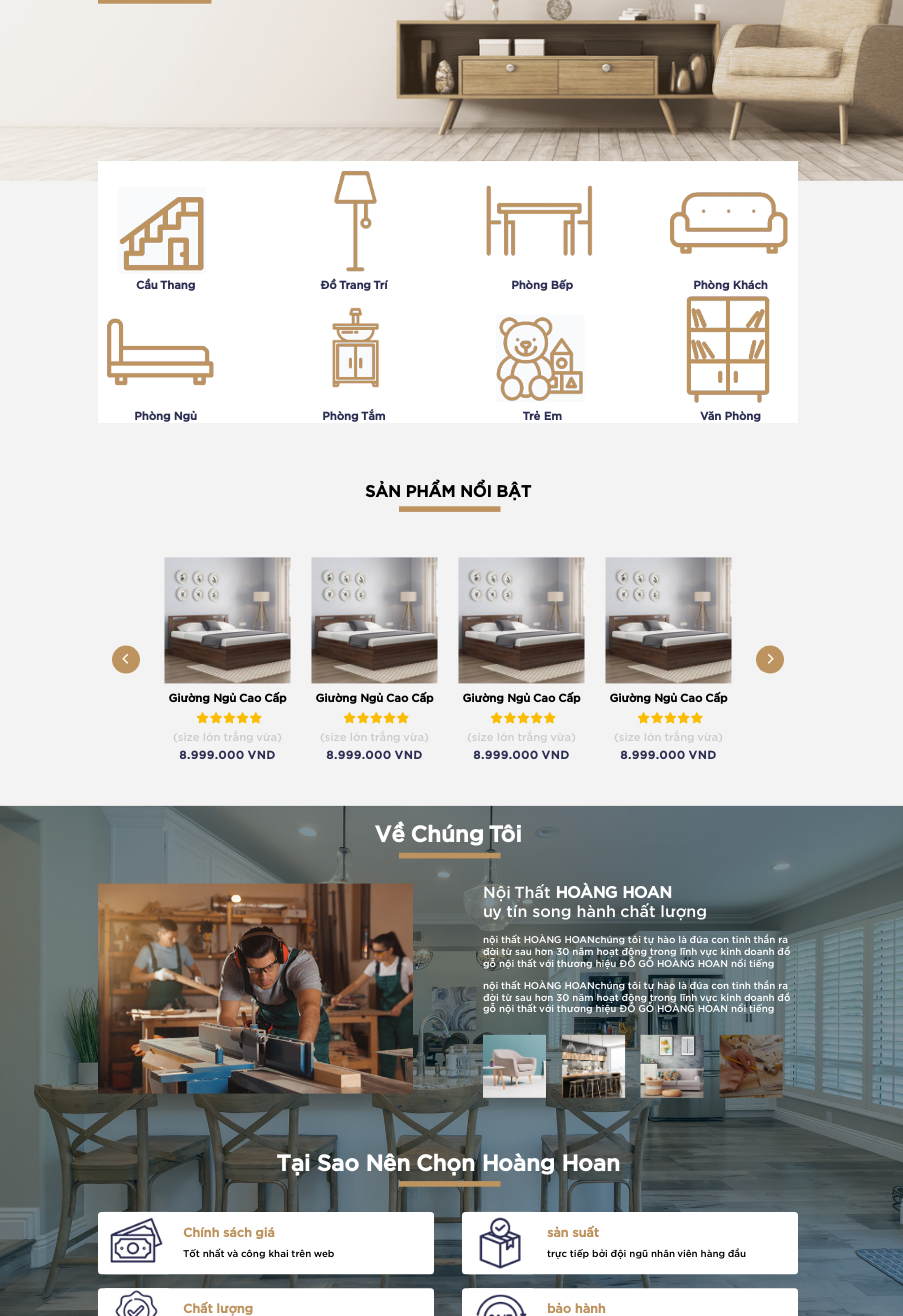
Repository: LDDUNG2003/fontend_project2
Page: index.html
An editor plug-in stored every save of this project. The page is shown before and after the next save, followed by the edit.
The browser window is 1280 px wide. The page is 1290 px wide, so the pictures cover 1290 px, including what lies to the right of the window. The pictures show the part of the page from y = 436 to 2316 px (the page is 3693 px tall), at 70% of full size.
Some web libraries are served in a nearby version.

Above is the page before, as saved 2023-08-28 09:53:38.
Console error: TypeError: Cannot set properties of null (setting 'href')

After the next save:
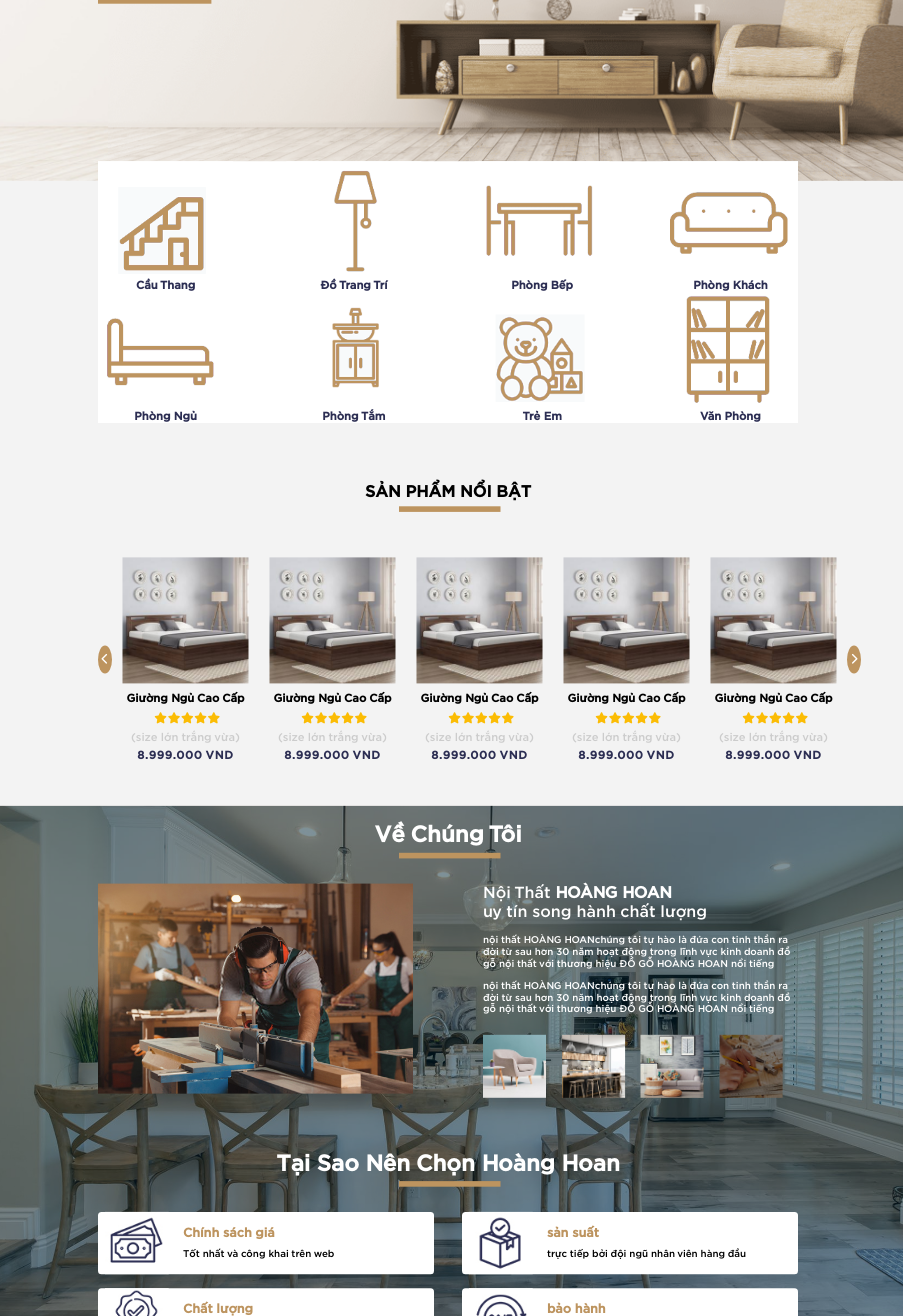
Saved 66 s later.
--- a/index.html
+++ b/index.html
@@ -120,6 +120,21 @@
                         <button class="content--btn">
                             <i class="fa-solid fa-chevron-left" style="color: #ffffff;"></i>
                         </button>
+                        <li class="Featured__list--item">
+                            <img src="./style/image/Featured_products/giuong-ngu.png" alt="" class="Featured__list--image">
+                            <div class="Feature__content">
+                                <h4 class="Feature__content--heading">Giường Ngủ Cao Cấp</h4>
+                                <ul class="Feature__content--Evaluate">
+                                    <li><i class="fa-solid fa-star" style="color: var(--star-color); width: 13px;"></i></li>
+                                    <li><i class="fa-solid fa-star" style="color: var(--star-color); width: 13px;"></i></li>
+                                    <li><i class="fa-solid fa-star" style="color: var(--star-color); width: 13px;"></i></li>
+                                    <li><i class="fa-solid fa-star" style="color: var(--star-color); width: 13px;"></i></li>
+                                    <li><i class="fa-solid fa-star" style="color: var(--star-color); width: 13px;"></i></li>
+                                </ul>
+                                <p class="Feature__content--note">(size lớn trắng vừa)</p>
+                                <p class="Feature__content--price">8.999.000 VND</p>
+                            </div>
+                        </li>
                         <li class="Featured__list--item">
                             <img src="./style/image/Featured_products/giuong-ngu.png" alt="" class="Featured__list--image">
                             <div class="Feature__content">
